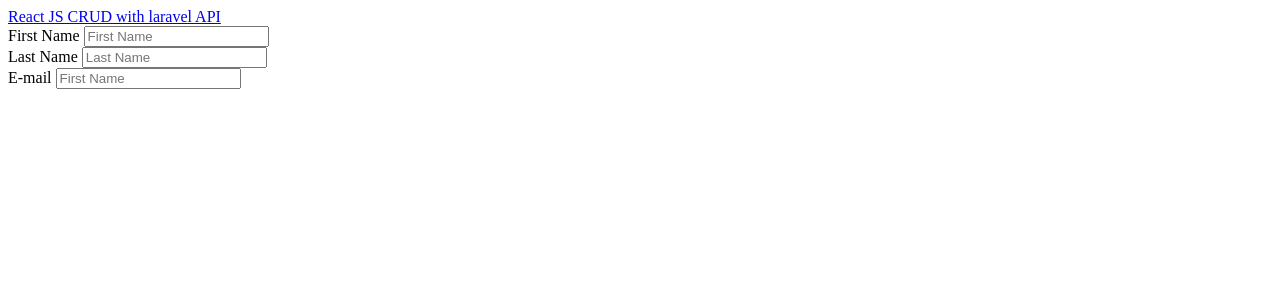
Repository: balkisys/react-js-crud
Page: /
These files come from the project's save history. The page is drawn as it stood at one moment and after the next save; the edit follows.
The browser window is 1280 px wide. The pictures show the whole page.
The project was rebuilt for these pictures with package versions that can differ from the ones it lists, and the page was loaded fresh each time.

Above is the page before, as saved 2020-05-18 10:04:18.

### public/index.html
<!DOCTYPE html>
<html lang="en">
  <head>
    <meta charset="utf-8" />
    <link rel="icon" href="%PUBLIC_URL%/favicon.ico" />
    <meta name="viewport" content="width=device-width, initial-scale=1" />
    <meta name="theme-color" content="#000000" />
    <meta
      name="description"
      content="Web site created using create-react-app"
    />
    <link rel="apple-touch-icon" href="%PUBLIC_URL%/logo192.png" />
    <link rel = "stylesheet" href="https://cdnjs.cloudflare.com/ajax/libs/semantic-ui/2.4.1/semantic.min.js"/>

    <!--
      manifest.json provides metadata used when your web app is installed on a
      user's mobile device or desktop. See https://developers.google.com/web/fundamentals/web-app-manifest/
    -->
    <link rel="manifest" href="%PUBLIC_URL%/manifest.json" />
    <!--
      Notice the use of %PUBLIC_URL% in the tags above.
      It will be replaced with the URL of the `public` folder during the build.
      Only files inside the `public` folder can be referenced from the HTML.

      Unlike "/favicon.ico" or "favicon.ico", "%PUBLIC_URL%/favicon.ico" will
      work correctly both with client-side routing and a non-root public URL.
      Learn how to configure a non-root public URL by running `npm run build`.
    -->
    <title>React App</title>
  </head>
  <body>
    <noscript>You need to enable JavaScript to run this app.</noscript>
    <div id="root"></div>
    <!--
      This HTML file is a template.
      If you open it directly in the browser, you will see an empty page.

      You can add webfonts, meta tags, or analytics to this file.
      The build step will place the bundled scripts into the <body> tag.

      To begin the development, run `npm start` or `yarn start`.
      To create a production bundle, use `npm run build` or `yarn build`.
    -->
  </body>
</html>

### src/index.js
import React from "react";
import ReactDOM from "react-dom";
import App from "./components/App";


ReactDOM.render(<App/>, document.querySelector("#root"));

### src/components/App.js
import React , {Component} from "react" ;
import MyForm from "./MyForm";

class App extends Component {
    render () {
      return (
          <div className="ui fixed inverted menu ">
          <div className="ui container"  >

           <a href="/#" className="header item">
               React JS CRUD with laravel API

                </a>

          </div>
          <div className="ui main container">
           <MyForm/>
          </div>
          </div>
      );
    }
}
export default App ;

### src/components/MyForm.js
import React , {Component} from "react" ;


class MyForm extends Component {
   render() {
       return (
      <from className= "ui form">
       <div className="fields">
           <div className="four wide field">
           <label> First Name </label>
           <input type="text" name="first_name" placeholder="First Name" />
           </div>

           <div className="four wide field">
           <label> Last Name </label>
           <input type="text" name="last_name" placeholder="Last Name" />
           </div>

           <div className="four wide field">
           <label> E-mail </label>
           <input type="email" name="first_name" placeholder="First Name" />
           </div>

       </div>
      </from>
       );
   }


}
export default MyForm ;

After the next save:
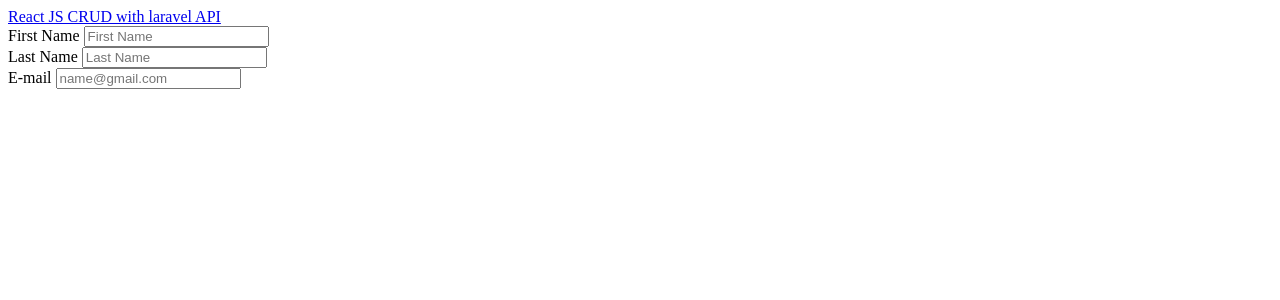
Saved 36 s later.
--- a/src/components/MyForm.js
+++ b/src/components/MyForm.js
@@ -18,7 +18,7 @@ class MyForm extends Component {
 
            <div className="four wide field">
            <label> E-mail </label>
-           <input type="email" name="first_name" placeholder="First Name" />
+           <input type="email" name="email" placeholder="name@gmail.com" />
            </div>
 
        </div>
